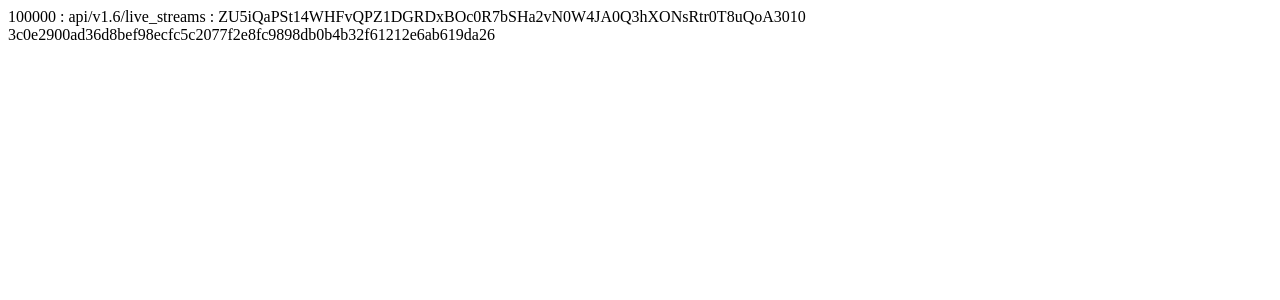
Repository: junhyeongShin/comunity_app
Page: http://localhost/Broadcast/curl copy.php
The author's editor kept a copy of each file at every save. The page is drawn from the files as they stood at one save, then again after a run of saves.
The browser window is 1280 px wide. The pictures show the whole page.
The page is run by PHP 8.4 with error messages shown; the project is at /var/www/html/.

Above is the page before, as saved 2021-05-29 19:09:51.

### Broadcast/curl copy.php
<?php

$timestamp = 100000;
$path = "api/v1.6/live_streams";
$wscApiKey = "ZU5iQaPSt14WHFvQPZ1DGRDxBOc0R7bSHa2vN0W4JA0Q3hXONsRtr0T8uQoA3010";

$wscApiKey_hash = hash('sha256',$wscApiKey);

$hmacData = ($timestamp.' : '.$path.' : '.$wscApiKey);
echo $hmacData;
echo '<br>';

$hash_key = hash_hmac('sha256',$hmacData,$wscApiKey_hash,false);

echo $hash_key;
echo '<br>';


?>

After the next 2 saves:
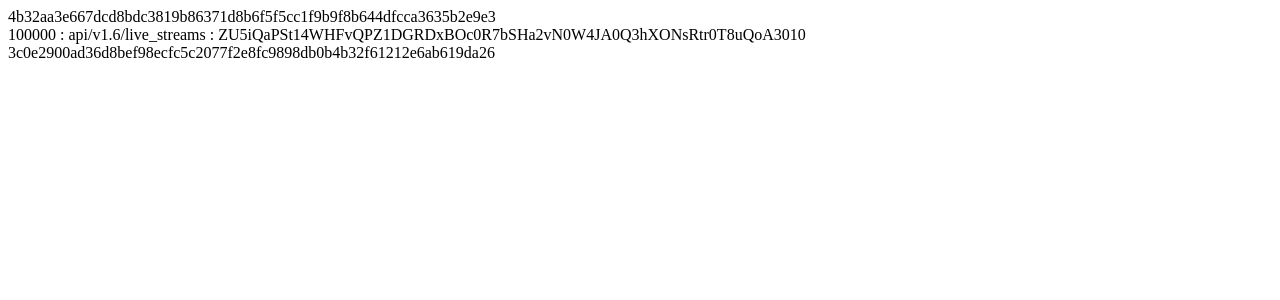
The 2 saves are shown as one change because they came seconds apart.
The last was saved 11 min 14 s later.
--- a/Broadcast/curl copy.php
+++ b/Broadcast/curl copy.php
@@ -5,6 +5,8 @@ $path = "api/v1.6/live_streams";
 $wscApiKey = "ZU5iQaPSt14WHFvQPZ1DGRDxBOc0R7bSHa2vN0W4JA0Q3hXONsRtr0T8uQoA3010";
 
 $wscApiKey_hash = hash('sha256',$wscApiKey);
+echo $wscApiKey_hash;
+echo '<br>';
 
 $hmacData = ($timestamp.' : '.$path.' : '.$wscApiKey);
 echo $hmacData;
